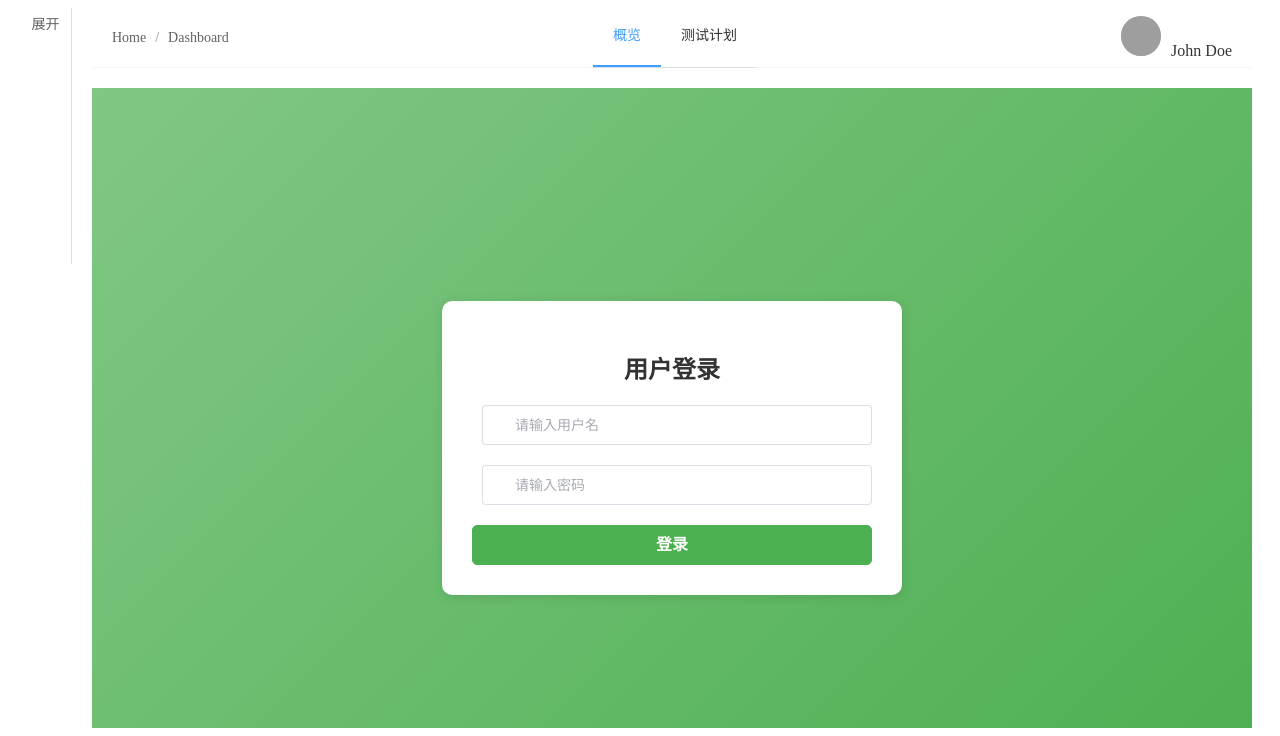
Repository: IsHexx/VerityX
Page: /login (app in front/)
The author's editor kept a copy of each file at every save. The page is drawn from the files as they stood at one save, then again after the next save.
The browser window is 1280 px wide. The pictures show the whole page.
Pictures or frames that could not be fetched are drawn as grey boxes. An inner scrolling area shows only its first screen. The project was rebuilt for these pictures with package versions that can differ from the ones it lists, and the page was loaded fresh each time. Also part of the build but not shown: front/vue.config.js, front/src/views/TestManage/TestPlanPage.vue, front/src/views/TestManage/OverviewPage.vue, front/src/views/ApiTest/ApiManagePage.vue.

Above is the page before, as saved 2024-10-14 09:49:11.

### front/src/App.vue
<template>
  <div class="common-layout">
    <el-container>
      <!-- 侧边栏 -->
      <el-aside class="fixed-aside">
        <common-aside @update-top-menu="updateTopMenu"></common-aside>
      </el-aside>

      <!-- 右侧内容，Header 和 Main 为上下布局 -->
      <el-container direction="vertical">
        <!-- Header 部分 -->
        <el-header>
          <!-- 引用 CommonHeader，传递顶部菜单 -->
          <common-header :sub-menus="currentSubMenus"></common-header>
        </el-header>

        <!-- Main 部分 -->
        <el-main style="margin-top: 0;">
          <router-view></router-view>
        </el-main>
      </el-container>
    </el-container>
  </div>
</template>

<script>
import CommonHeader from "./components/CommonHeader.vue";
import CommonAside from "./components/CommonAside.vue";
import { useMenuStore } from '@/store/menuStore';

export default {
  components: {
    CommonAside,
    CommonHeader,
  },
  data() {
    return {
      currentSubMenus: [] // 用于存储当前顶部菜单的子菜单
    }
  },
  methods: {
    updateTopMenu(mainMenuIndex) {
      const { menuItems } = useMenuStore();
      const mainMenu = menuItems.find(item => item.index === mainMenuIndex);
      this.currentSubMenus = mainMenu ? mainMenu.subMenus : [];
    }
  }
};
</script>


<style scoped>
.common-layout {
  height: 100vh; /* 设置整体布局占满整个视口高度 */
}

.fixed-aside {
  background-color: #ffffff;
  color: #333;
  height: calc(100vh);
  overflow-y: auto;
  width: auto;
  max-width: 200px;
  border-radius: 20px 0px 0px 20px;
}

.common-layout > .el-container {
  height: 100%;
}

.common-layout > .el-container > .el-container > .el-main {
  background-color: #fff;
  height: calc(100vh - 7%); /* Main 高度等于视口高度减去 Header 的高度 */
  margin-top: 20px;
  padding: 20px;
}

* {
  margin-top: 0px;
  padding: 0;
}
</style>

### front/src/router/index.js
import { createRouter, createWebHistory } from 'vue-router';
import UserLogin from '@/components/UserlLogin.vue';
import TestPlanPage from '@/views/TestManage/TestPlanPage.vue';
import OverviewPage from '@/views/TestManage/OverviewPage.vue';
import ApiManagePage from '@/views/ApiTest/ApiManagePage.vue';


const routes = [
  {
    path: '/login',
    name: 'Login',
    component: UserLogin
  },
  // {
  //   path: '/home',  // 新增的导航页面路由
  //   name: 'Home',
  //   component: HomePage
  // },
  {
    path: '/testplan',
    name: 'TestPlan',
    component: TestPlanPage, // 添加 TestPlanPage 的路由
  },
  {
    path: '/overview',
    name: 'Overview',
    component: OverviewPage, // 添加 OverviewPage 的路由
  },
  {
    path: '/apimanage',
    name: 'Apimanage',
    component: ApiManagePage, // 添加 ApiManagePage 的路由
  },
];

const router = createRouter({
  history: createWebHistory(process.env.BASE_URL),
  routes,
});

// 路由守卫，检查登录状态
router.beforeEach((to, from, next) => {
  const token = localStorage.getItem('token');
  if (to.matched.some(record => record.meta.requiresAuth) && !token) {
    next({ name: 'Login' });
  } else {
    next();
  }
});

export default router;

### front/src/store/index.js
import { createStore } from 'vuex';
import { login } from '@/api/auth';

export default createStore({
    state: {
        user: null,
        token: null,
    },
    mutations: {
        SET_USER(state, user) {
            state.user = user;
        },
        SET_TOKEN(state, token) {
            state.token = token;
        },
        LOGOUT(state) {
            state.user = null;
            state.token = null;
        }
    },
    actions: {
        async login({ commit }, credentials) {
            try {
                const response = await login(credentials);
                const { user, token } = response.data;
                commit('SET_USER', user);
                commit('SET_TOKEN', token);
                return true;
            } catch (error) {
                console.error('登录失败:', error);
                return false;
            }
        },
        logout({ commit }) {
            commit('LOGOUT');
        }
    }
});

### front/src/components/CommonHeader.vue
<template>
  <el-header class="header">
    <!-- 导航栏左侧内容 -->
    <div class="header-left">
      <el-breadcrumb separator="/">
        <el-breadcrumb-item>Home</el-breadcrumb-item>
        <el-breadcrumb-item>Dashboard</el-breadcrumb-item>
      </el-breadcrumb>
    </div>
    <!-- 中间的水平菜单 -->
    <el-menu
      mode="horizontal"
      :ellipsis="false"
      class="horizontal-menu"
      :default-active="activeSubMenu"
    >
      <el-menu-item
        v-for="item in currentSubMenus"
        :key="item.index"
        :index="item.index"
        @click="setActiveMenu(activeMainMenu, item.index)"
      >
        {{ item.title }}
      </el-menu-item>
    </el-menu>

    <!-- 导航栏右侧内容 -->
    <div class="header-right">
      <!-- 用户信息部分：头像 + 用户名 + 下拉菜单 -->
      <el-dropdown trigger="click">
        <span class="el-dropdown-link">
          <el-avatar src="https://www.example.com/user-avatar.jpg" size="40"></el-avatar>
          <span class="username">{{ username }}</span>
        </span>
        <template #dropdown>
          <el-dropdown-menu>
            <el-dropdown-item>Profile</el-dropdown-item>
            <el-dropdown-item>Settings</el-dropdown-item>
            <el-dropdown-item divided @click="logout">Logout</el-dropdown-item>
          </el-dropdown-menu>
        </template>
      </el-dropdown>
    </div>
  </el-header>
</template>

<script setup>
import { ref, onMounted , watch} from 'vue';
import { useMenuStore } from '@/store/menuStore';

const { activeMainMenu, activeSubMenu, currentSubMenus, setActiveMenu, initializeActiveMenu } = useMenuStore();

console.log('activeSubMenu:', activeSubMenu)
console.log('currentSubMenus:', activeSubMenu)
// 模拟用户名
const username = ref('John Doe');

// 模拟退出登录方法
const logout = () => {
  console.log('Logout clicked');
  // 在此处处理退出登录的逻辑
};
// 监听 activeMainMenu 的变化
watch(activeMainMenu, () => {
  console.log('activeMainMenu changed:', activeMainMenu.value);
  console.log('currentSubMenus:', currentSubMenus.value);
});

onMounted(() => {
  initializeActiveMenu();
});
</script>

<style scoped>
.header {
  display: flex;
  justify-content: space-between;
  padding: 0 20px;
  background-color: #ffffff;
  border-bottom: #f5f5f5 1px solid;
  align-items: center;
}

.header-left {
  display: flex;
  align-items: center;
}

.header-right {
  display: flex;
  align-items: center;
}

.username {
  margin-left: 10px;
  font-size: 16px;
  color: #333;
}

.el-avatar {
  cursor: pointer;
}
</style>

### front/src/components/CommonAside.vue
<template>
  <div class="aside">
    <el-menu
      :default-active="activeMainMenu"
      class="el-menu-vertical-demo"
      :collapse="isCollapse"
      @open="handleOpen"
      @close="handleClose"
    >
      <el-button
        :icon="isCollapse ? 'el-icon-arrow-right' : 'el-icon-arrow-down'"
        @click="toggleCollapse"
        style="width: 55px; border: 0px"
      >
        {{ isCollapse ? "展开" : "折叠" }}
      </el-button>
      <el-menu-item
        v-for="item in menuItems"
        :key="item.index"
        :index="item.index"
        @click="setActiveMenu(item.index, '1-1')"
      >
        <el-icon><component :is="item.icon" /></el-icon>
        <template #title>{{ item.title }}</template>
      </el-menu-item>
    </el-menu>
  </div>
</template>

<script setup>
import { ref, onMounted } from "vue";
import {
  Menu as House,
  Edit,
  Notification,
  Setting,
} from "@element-plus/icons-vue";
import { useMenuStore } from '../store/menuStore';

const { menuItems, activeMainMenu, setActiveMenu, initializeActiveMenu } = useMenuStore();

const isCollapse = ref(true);
const toggleCollapse = () => {
  isCollapse.value = !isCollapse.value;
};
const handleOpen = (key) => {
  console.log(key);
};
const handleClose = (key) => {
  console.log(key);
};

onMounted(() => {
  initializeActiveMenu();
});
</script>

  <style>
.aside {
  background-color: #ffffff;
}
.el-menu-vertical-demo:not(.el-menu--collapse) {
  width: 100%;
  height: 100%; /* 确保菜单占据整个父容器高度 */
  /*overflow-y: clip; !* 使菜单内容滚动 *!*/
  /* min-height: 400px; */
  background-color: #ffffff;
}
</style>

### front/src/store/menuStore.js
// menuStore.js
import { ref, computed, watch } from 'vue'
import { useRoute, useRouter } from 'vue-router'

export const useMenuStore = () => {
  const route = useRoute()
  const router = useRouter()

  const menuItems = [
    {
      index: '1',
      icon: 'House',
      title: '测试管理',
      route: '/overview',
      subMenus: [
        { index: '1-1', title: '概览', route: '/overview' },
        { index: '1-2', title: '测试计划', route: '/testplan' },
      ]
    },
    {
      index: '2',
      icon: 'Notification',
      title: '接口测试',
      route: '/apimanage',
      subMenus: [
        { index: '2-1', title: '测试', route: '/apimanage' },
      ]
    },
    {
      index: '3',
      icon: 'Edit',
      title: 'UI测试',
      route: '/ui-testing',
      subMenus: []
    },
    {
      index: '4',
      icon: 'Setting',
      title: '系统设置',
      route: '/settings',
      subMenus: []
    }
  ]

  const activeMainMenu = ref(menuItems[0].index)
  const activeSubMenu = ref(menuItems[0].subMenus[0]?.index || '')
  // 要让这个值初有变化
  console.log('默认激活的菜单是:', activeSubMenu)
  console.log('默认激活的子菜单是:', activeSubMenu)

  const currentSubMenus = computed(() => {
    console.log('currentSubMenus被调用')
    const mainMenu = menuItems.find(item => item.index === activeMainMenu.value)
    return mainMenu ? mainMenu.subMenus : []
  })

  const setActiveMenu = (mainIndex, subIndex) => {
    console.log('setActiveMenu被调用，参数是:', mainIndex, subIndex)
    const mainMenu = menuItems.find(item => item.index === mainIndex)
    if (!mainMenu) return
    console.log('当前激活的菜单是:', mainMenu)
    activeMainMenu.value = mainIndex


    console.log('激活的主菜单:', activeMainMenu.value); // 确保这里的值已经更新

    // 重新调用 currentSubMenus
    console.log('currentSubMenus:', currentSubMenus.value);
    if (subIndex) {
      activeSubMenu.value = subIndex
    } else if (mainMenu.subMenus.length > 0) {

      activeSubMenu.value = mainMenu.subMenus[0].index
      console.log('当前激活的子菜单是:', activeSubMenu.value)

    } else {
      activeSubMenu.value = ''
    }
    const targetSubMenu = mainMenu.subMenus.find(item => item.index === activeSubMenu.value)
    const targetRoute = targetSubMenu ? targetSubMenu.route : mainMenu.route
    console.log('跳转路由到:', targetRoute)
    console.log('跳转子路由到:', targetSubMenu)

    console.log('mainMenu的值:', menuItems[0].index)
    console.log('menuItems[0].subMenus[0]的值:', menuItems[0].subMenus[0])
    router.push(targetRoute)
  }

  // 监听路由变化, 加了这一句实现了
  watch(() => route.path, (newPath) => {
    initializeActiveMenu()
  })
  const initializeActiveMenu = () => {
    const currentPath = route.path
    for (const mainMenu of menuItems) {
      if (currentPath === mainMenu.route || currentPath.startsWith(mainMenu.route + '/')) {
        activeMainMenu.value = mainMenu.index
        console.log('initializeActiveMenu中activeMainMenu的值是:', activeMainMenu.value)
        const subMenu = mainMenu.subMenus.find(sub => sub.route === currentPath)
        activeSubMenu.value = subMenu ? subMenu.index : (mainMenu.subMenus[0]?.index || '')
        return
      }
    }
    // If no match found, default to the first menu item
    activeMainMenu.value = menuItems[0].index
    activeSubMenu.value = menuItems[0].subMenus[0]?.index || ''
  }
  console.log('看一下:currentSubMenus的值', currentSubMenus)
  // 初始化当前激活的菜单
  initializeActiveMenu()

  return {
    menuItems,
    activeMainMenu,
    activeSubMenu,
    currentSubMenus,
    setActiveMenu,
    initializeActiveMenu
  }
}

### front/src/components/UserlLogin.vue
<template>
  <div class="login-container">
    <div class="login-box">
      <h2 class="login-title">用户登录</h2>
      <el-form :model="form" ref="loginForm" @submit.prevent="handleLogin">
        <el-form-item prop="username">
          <el-input v-model="form.username" placeholder="请输入用户名" prefix-icon="el-icon-user"></el-input>
        </el-form-item>
        <el-form-item prop="password">
          <el-input type="password" v-model="form.password" placeholder="请输入密码" prefix-icon="el-icon-lock"></el-input>
        </el-form-item>
        <el-button type="primary" class="login-button" @click="handleLogin">登录</el-button>
      </el-form>
    </div>
  </div>
</template>

<script>
import { mapActions } from 'vuex';

export default {
  data() {
    return {
      form: {
        username: '',
        password: ''
      }
    };
  },
  methods: {
    ...mapActions(['login']),
    async handleLogin() {
      const success = await this.login(this.form);
      if (success) {
        this.$router.push('/');
      } else {
        this.$message.error('登录失败，请检查用户名或密码');
      }
    }
  }
};
</script>

<style scoped>
.login-container {
  display: flex;
  justify-content: center;
  align-items: center;
  height: 100vh;
  background: linear-gradient(135deg, #81c784, #4caf50);
}

.login-box {
  background: #fff;
  padding: 30px;
  border-radius: 10px;
  box-shadow: 0 2px 12px rgba(0, 0, 0, 0.1);
  width: 400px;
  text-align: center;
}

.login-title {
  font-size: 24px;
  font-weight: bold;
  margin-bottom: 20px;
  color: #333;
}

.el-form-item {
  margin-bottom: 20px;
}

.el-input {
  border-radius: 5px;
  height: 40px;
  padding-left: 10px;
}

.el-button.login-button {
  width: 100%;
  border-radius: 5px;
  height: 40px;
}

.login-button {
  background-color: #4caf50;
  border-color: #4caf50;
  font-size: 16px;
  font-weight: bold;
}

.login-button:hover {
  background-color: #388e3c;
  border-color: #388e3c;
}
</style>

### front/src/api/auth.js
import axios from 'axios';

export function login(data) {
    return axios.post('/api/login', data);
}

Loaded but not shown: front/public/index.html (common file); front/src/main.js (common file)

After the next save:
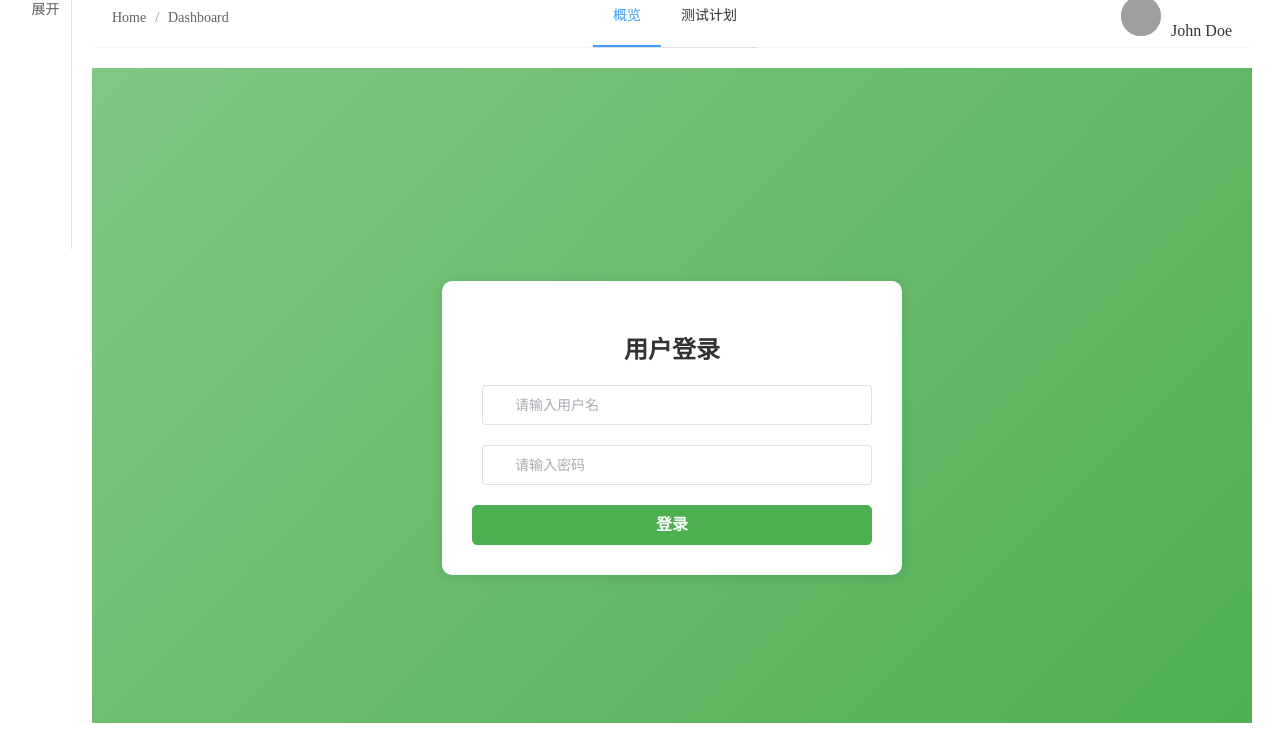
Saved 9 s later.
--- a/front/src/App.vue
+++ b/front/src/App.vue
@@ -76,7 +76,7 @@
 }
 
 * {
-  margin-top: 0px;
+  margin-top: -5px;
   padding: 0;
 }
 </style>

After the save that followed:
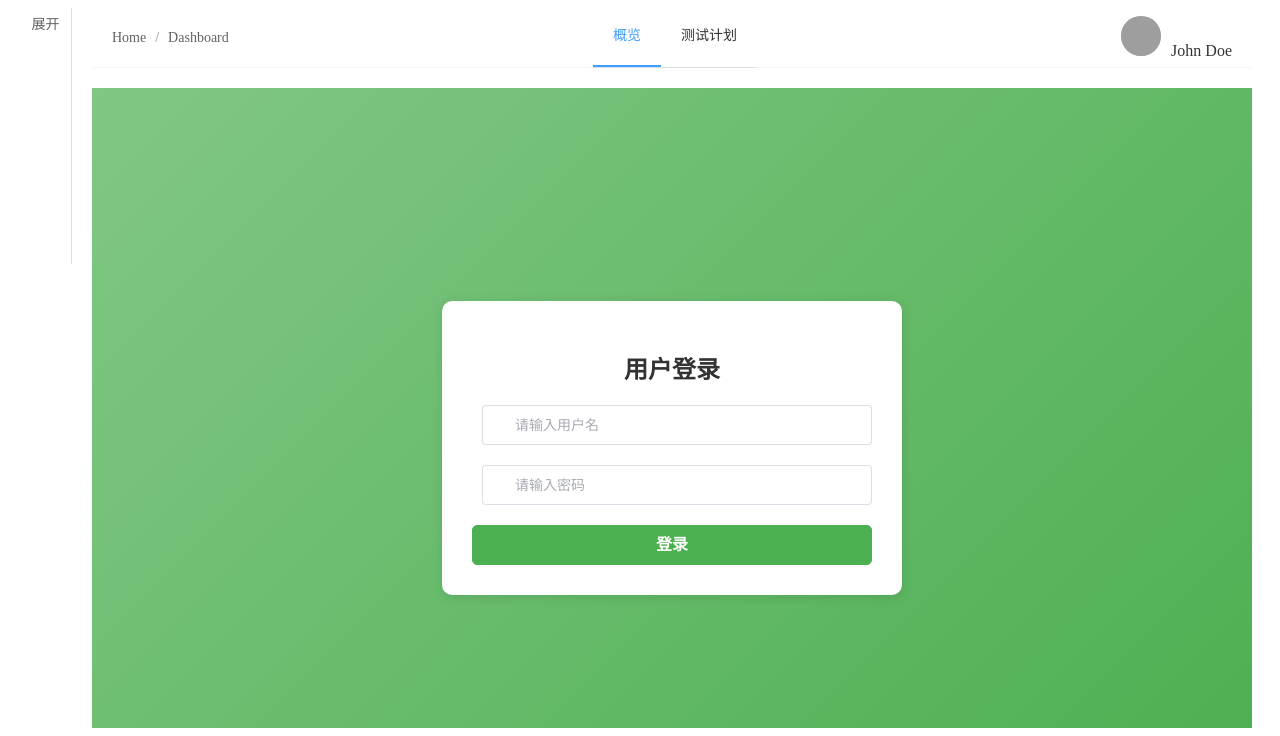
Saved 15 s later.
--- a/front/src/App.vue
+++ b/front/src/App.vue
@@ -76,7 +76,7 @@
 }
 
 * {
-  margin-top: -5px;
-  padding: 0;
+  margin-top: 0px;
+  margin-padding: 0;
 }
 </style>
